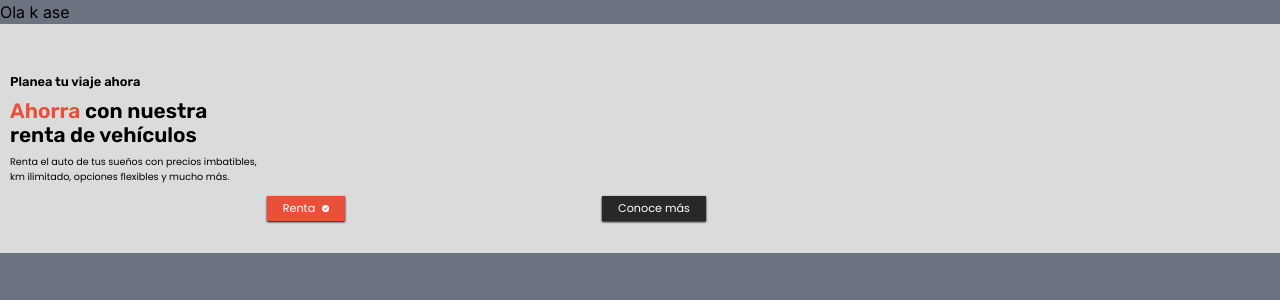
Repository: aldovelacasas/PF_RentCar2
Page: /homePage
The author's editor kept a copy of each file at every save. The page is drawn from the files as they stood at one save, then again after the next save.
The browser window is 1280 px wide. The pictures show the whole page.
The project was rebuilt for these pictures with package versions that can differ from the ones it lists, and the page was loaded fresh each time. The framework's server and built-in components were replaced by stand-ins that run in the browser. Also part of the build but not shown: next.config.js.

Above is the page before, as saved 2023-08-29 19:32:18.

After the next save:
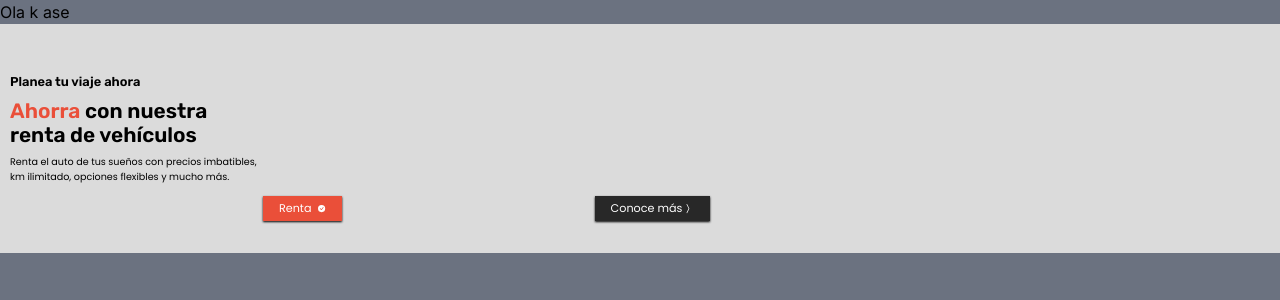
Saved 28 s later.
--- a/src/app/homePage/page.jsx
+++ b/src/app/homePage/page.jsx
@@ -39,6 +39,7 @@ function HomePage() {
             href="#form"
             className={`bg-negro_fondo text-white text-[0.7em] px-4 py-1 ${poppins} shadow-sm shadow-black`}>
             Conoce más
+            <BsChevronCompactRight className="inline" />
           </a>
         </div>
       </div>
